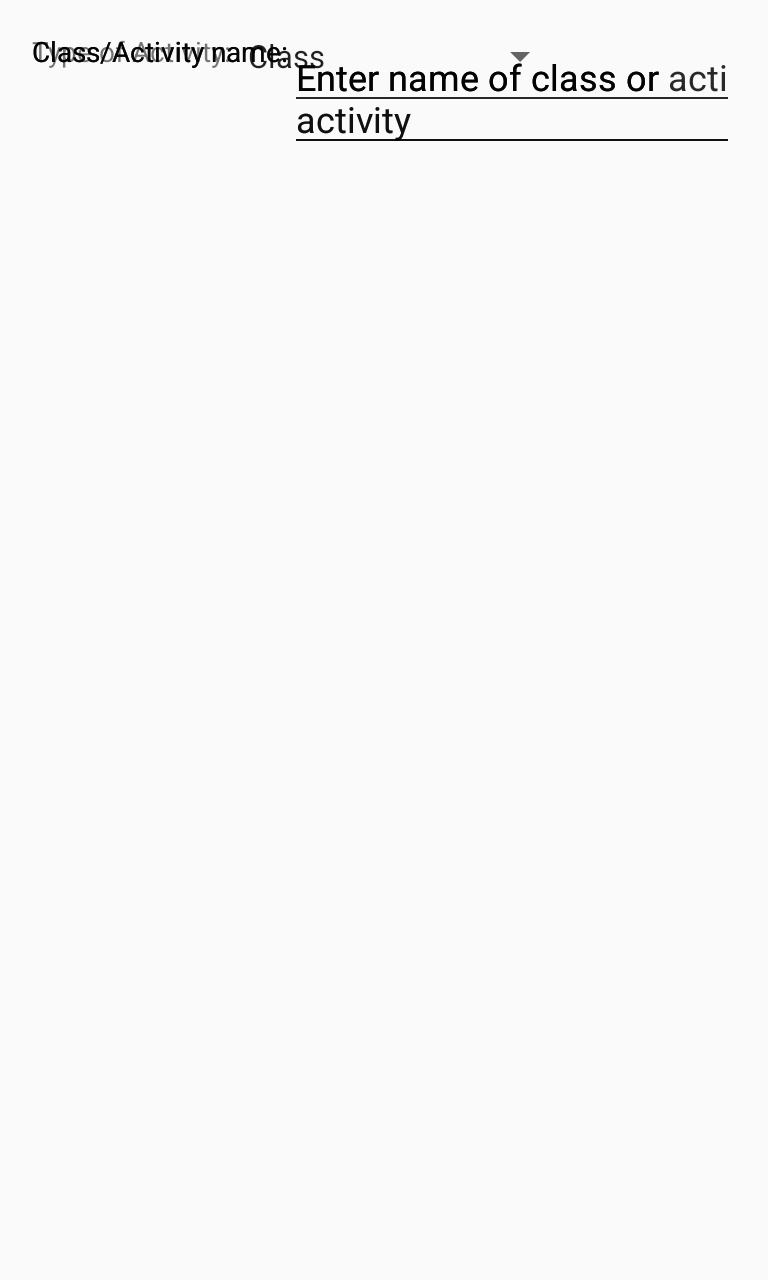
Repository: recursor94/hackathonspring2014
Layout: StudentPlanner/res/layout/fragment_new_endeavor.xml
The author's editor kept a copy of each file at every save. The layout is drawn from the files as they stood at one save, then again after the next save.
It is drawn on a 768 x 1280 px phone screen (xhdpi) without system bars, with theme AppTheme; the app's code is not run.

Above is the layout before, as saved 2014-04-05 15:42:12.

After the next save:
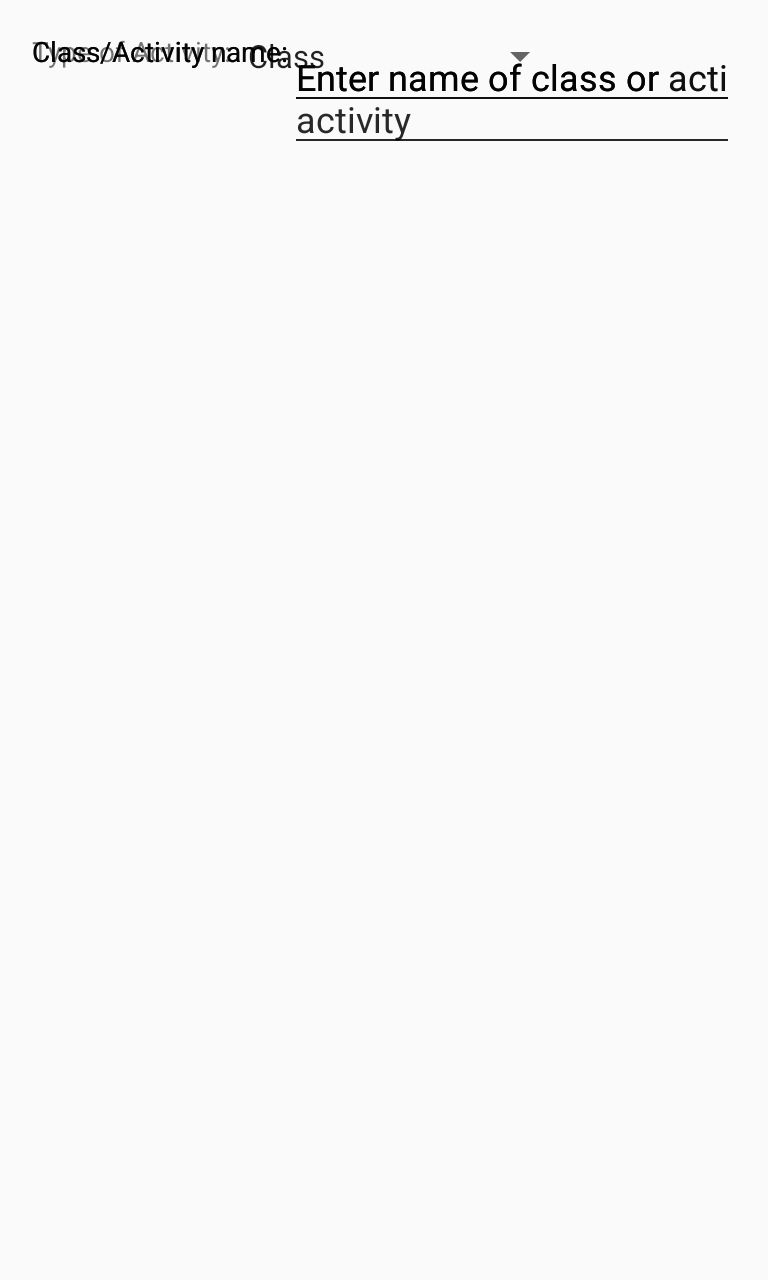
Saved 17 s later.
--- a/StudentPlanner/res/layout/fragment_new_endeavor.xml
+++ b/StudentPlanner/res/layout/fragment_new_endeavor.xml
@@ -86,7 +86,7 @@
 
                                <EditText
         android:id="@+id/IntervalDateEntry"
-        android:inputtype="datetime"
+        android:inputType="datetime"
         android:hint="@string/nameEntry"
         android:layout_width="wrap_content"
         android:layout_height="wrap_content"

After the 2 saves that followed:
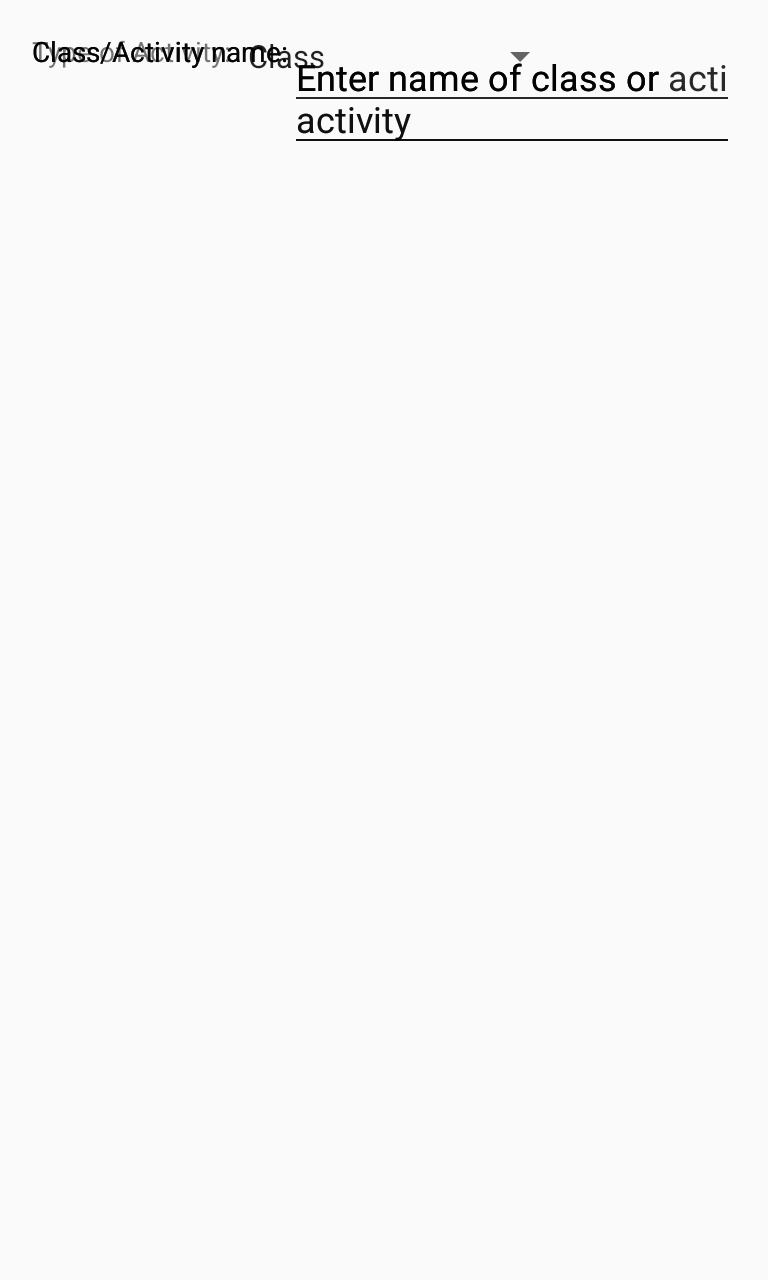
The 2 saves are shown as one change because they came seconds apart.
The last was saved 89 s later.
--- a/StudentPlanner/res/layout/fragment_new_endeavor.xml
+++ b/StudentPlanner/res/layout/fragment_new_endeavor.xml
@@ -77,7 +77,7 @@
         android:layout_alignParentTop="true" />
 
                       <TextView
-        android:id="@+id/intervalDateField"
+        android:id="@+id/intervalReminderField"
         android:layout_width="wrap_content"
         android:layout_height="wrap_content"
         android:text="@string/nameField"
@@ -85,8 +85,8 @@
         android:layout_alignParentTop="true" />
 
                                <EditText
-        android:id="@+id/IntervalDateEntry"
-        android:inputType="datetime"
+        android:id="@+id/IntervalReminderEntry"
+        android:inputType="long"
         android:hint="@string/nameEntry"
         android:layout_width="wrap_content"
         android:layout_height="wrap_content"
